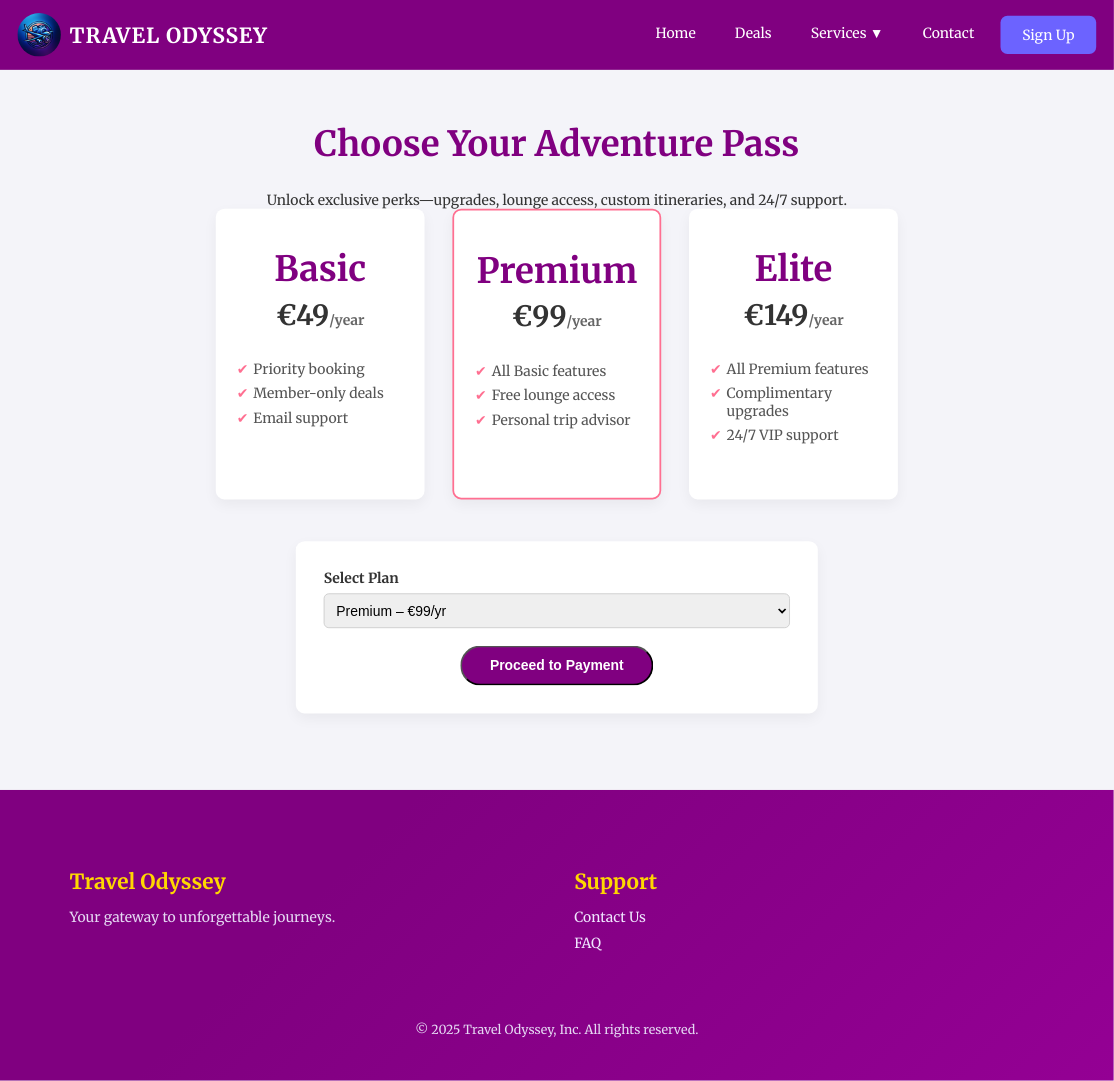
Repository: GHzPhoenix/Project-Odyssey
Page: Frontend/membership.html
The author's editor kept a copy of each file at every save. The page is drawn from the files as they stood at one save, then again after the next save.
The browser window is 1280 px wide. The pictures show the whole page, at 87% of full size.

Above is the page before, as saved 2025-06-11 14:48:36.

After the next save:
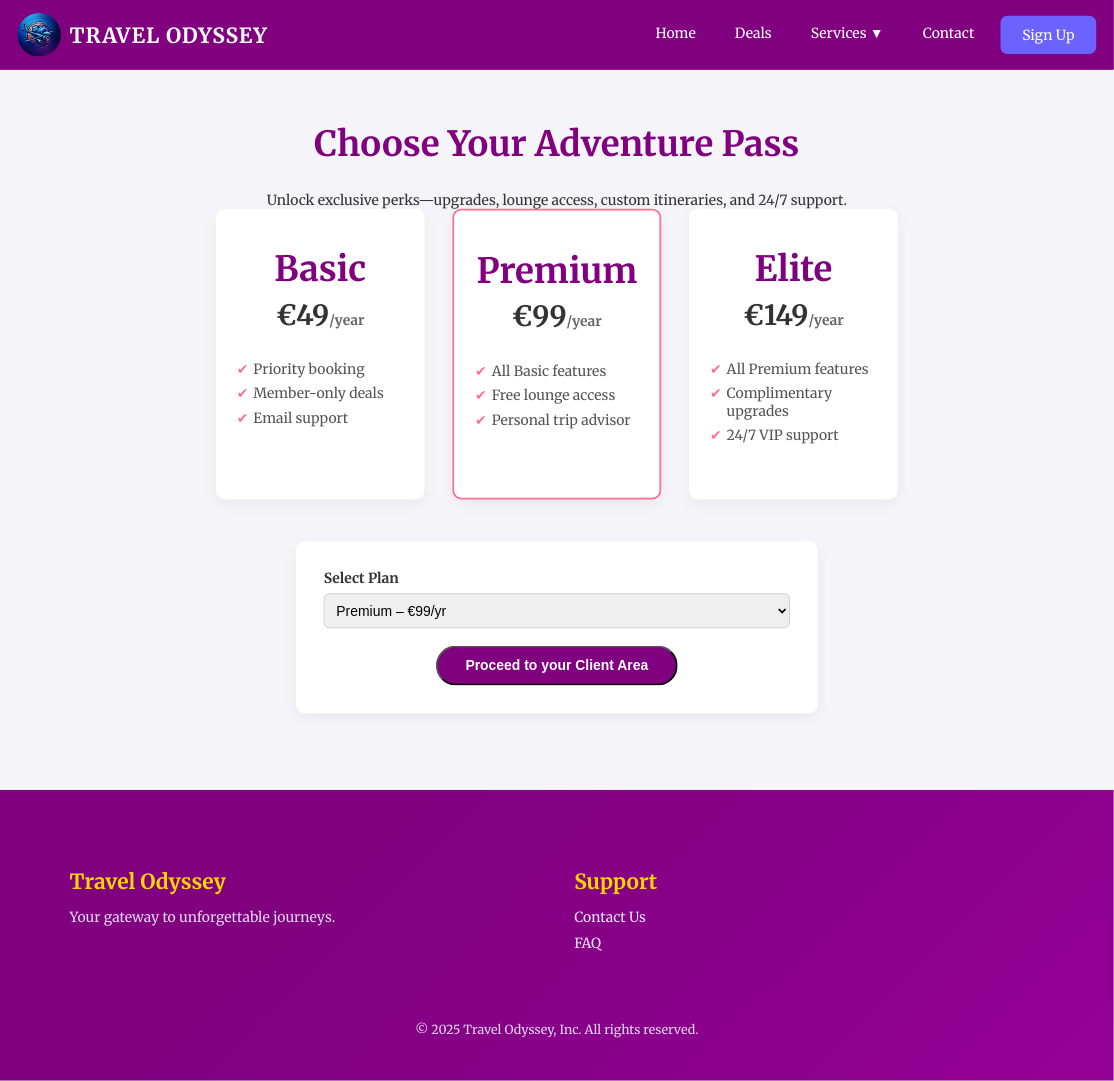
Saved 4 min 48 s later.
--- a/Frontend/membership.html
+++ b/Frontend/membership.html
@@ -88,7 +88,7 @@
             <option value="Elite" data-price="149">Elite – €149/yr</option>
           </select>
         </div>
-        <button type="submit" class="join-btn"><a href="client-area.html" style="text-decoration: none; color: white;"> Proceed to Payment</button></a>
+        <button type="submit" class="join-btn"><a href="client-area.html" style="text-decoration: none; color: white;"> Proceed to your Client Area</button></a>
       </form>
     </main>
 
